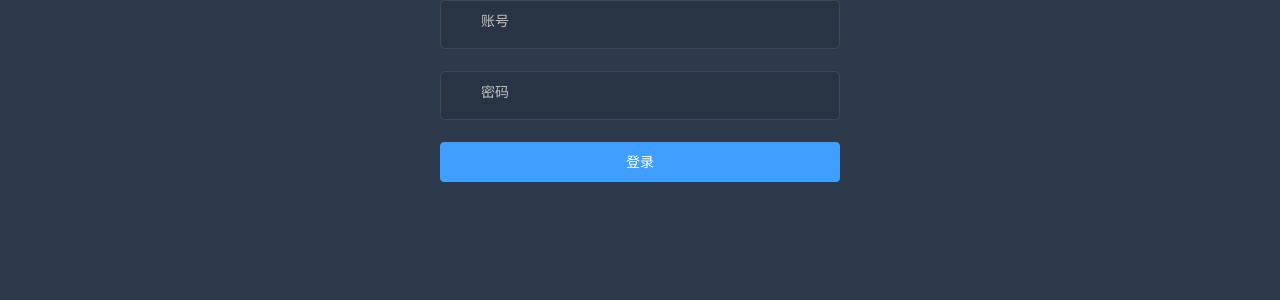
Repository: seamanwarm/vue-admin-
Page: /#/login
The author's editor kept a copy of each file at every save. The page is drawn from the files as they stood at one save, then again after the next save.
The browser window is 1280 px wide. The pictures show the whole page.
The project was rebuilt for these pictures with package versions that can differ from the ones it lists, and the page was loaded fresh each time.

Above is the page before, as saved 2019-03-11 14:29:55.

### public/index.html
<!DOCTYPE html>
<html lang="en">
  <head>
    <meta charset="utf-8">
    <meta http-equiv="X-UA-Compatible" content="IE=edge">
    <meta name="viewport" content="width=device-width,initial-scale=1.0">
    <link rel="icon" href="<%= BASE_URL %>favicon.ico">
    <title>my-el-admin</title>
  </head>
  <body>
    <noscript>
      <strong>We're sorry but my-el-admin doesn't work properly without JavaScript enabled. Please enable it to continue.</strong>
    </noscript>
    <div id="app"></div>
    <!-- built files will be auto injected -->
  </body>
</html>

### src/main.js
import Vue from 'vue'
import './plugins/axios'
import App from './App.vue'
import ElementUI from 'element-ui';
import 'element-ui/lib/theme-chalk/index.css'
import './plugins/element.js'
import router from "./router/index.js"
import store from './store/index.js'
Vue.use(ElementUI);
Vue.config.productionTip = false

new Vue({
  render: h => h(App),
  router,
  store,
}).$mount('#app')

### src/router/index.js
import Vue from 'vue'
import Router from 'vue-router'
Vue.use(Router)
import login from "../views/login/index.vue"

const routes =[
    {path:"/login", component:login},
]
const router= new Router({
    routes
 })

export default router

### src/views/login/index.vue

<template>
  <el-container class="login-container">

    <div style="margin: 0 auto; width:400px;">
      <el-form ref="loginForm" :label-position="labelPosition" label-width="80px" :model="formLabelAlign">
        <el-form-item label="账号" prop="username">
          <el-input v-model="formLabelAlign.username"></el-input>
        </el-form-item>
        <el-form-item label="密码" prop="password">
          <el-input v-model="formLabelAlign.password"></el-input>
        </el-form-item>
        <el-button :loading="loading"  type="primary" @click="handleLogin()">登录</el-button>
      </el-form>
    </div>
  </el-container>
</template>

<script >
/* 按需导入 */
import {validUsername} from "../../utils/validate.js"

export default {
  name:'Login',
  data() {
    //data里面可以写函数
    const validateUsername=(rule,value,callback)=>{
        if(!value){
            return callback(new err("用户名不能为空"))
        }
    }
    const validatePassword=(rule,value,callback)=>{
        if(!value){
            return callback(new err("密码不能为空"))
        }
    }
    return {
      labelPosition: "right",
      formLabelAlign: {
        username: "",
        password: "",
      },
      loginRules:{
        username:[{validator:validateUsername,trigger:"blur"}],
        password:[{validator:validatePassword,trigger:"blur"}]
      },
      loading:false,
    };
  },
  mounted(){

  },
  methods:{
      handleLogin(){
          console.log(this.$refs.loginForm)
          this.$refs.loginForm.validate(valid=>{
              if(valid){
                this.loading=true;
                console.log(this.loginForm)
              }else{
                  console.log("erro sumbmit!!!!")
                  return false
              }
          })
      }
  },
};
</script>
<style rel="stylesheet/scss" lang="scss">
  /* 修复input 背景不协调 和光标变色 */
  /* Detail see https://github.com/PanJiaChen/vue-element-admin/pull/927 */

  $bg:#283443;
  $light_gray:#eee;
  $cursor: #fff;

  @supports (-webkit-mask: none) and (not (cater-color: $cursor)) {
    .login-container .el-input input{
      color: $cursor;
      &::first-line {
        color: $light_gray;
      }
    }
  }

  /* reset element-ui css */
  .login-container {
    .el-input {
      display: inline-block;
      height: 47px;
      width: 85%;
      input {
        background: transparent;
        border: 0px;
        -webkit-appearance: none;
        border-radius: 0px;
        padding: 12px 5px 12px 15px;
        color: $light_gray;
        height: 47px;
        caret-color: $cursor;
        &:-webkit-autofill {
          -webkit-box-shadow: 0 0 0px 1000px $bg inset !important;
          -webkit-text-fill-color: $cursor !important;
        }
      }
    }
    .el-form-item {
      border: 1px solid rgba(255, 255, 255, 0.1);
      background: rgba(0, 0, 0, 0.1);
      border-radius: 5px;
      color: #c0c0c0;
      .el-form-item__label{
          color: #c0c0c0;
      }
    }
    .el-button{
        width:100%;
    }
  }
</style>

<style rel="stylesheet/scss" lang="scss" scoped>
$bg:#2d3a4b;
$dark_gray:#889aa4;
$light_gray:#eee;

.login-container {
  min-height: 100%;
  width: 100%;
  background-color: $bg;
  overflow: hidden;
  .login-form {
    position: relative;
    width: 520px;
    max-width: 100%;
    padding: 160px 35px 0;
    margin: 0 auto;
    overflow: hidden;
  }
  .tips {
    font-size: 14px;
    color: #fff;
    margin-bottom: 10px;
    span {
      &:first-of-type {
        margin-right: 16px;
      }
    }
  }
  .svg-container {
    padding: 6px 5px 6px 15px;
    color: $dark_gray;
    vertical-align: middle;
    width: 30px;
    display: inline-block;
  }
  .title-container {
    position: relative;
    .title {
      font-size: 26px;
      color: $light_gray;
      margin: 0px auto 40px auto;
      text-align: center;
      font-weight: bold;
    }
    .set-language {
      color: #fff;
      position: absolute;
      top: 3px;
      font-size:18px;
      right: 0px;
      cursor: pointer;
    }
  }
  .show-pwd {
    position: absolute;
    right: 10px;
    top: 7px;
    font-size: 16px;
    color: $dark_gray;
    cursor: pointer;
    user-select: none;
  }
  .thirdparty-button {
    position: absolute;
    right: 0;
    bottom: 6px;
  }
}
</style>

### src/utils/validate.js
/**
 * 验证的一些方法
 */

export function isExternal(path) {
    return /^(https?:|mailto:|tel:)/.test(path)
  }

  export function validUsername(str) {
    const valid_map = ['admin', 'editor']
    return valid_map.indexOf(str.trim()) >= 0
  }

  /* 合法uri*/
  export function validURL(url) {
    const reg = /^(https?|ftp):\/\/([a-zA-Z0-9.-]+(:[a-zA-Z0-9.&%$-]+)*@)*((25[0-5]|2[0-4][0-9]|1[0-9]{2}|[1-9][0-9]?)(\.(25[0-5]|2[0-4][0-9]|1[0-9]{2}|[1-9]?[0-9])){3}|([a-zA-Z0-9-]+\.)*[a-zA-Z0-9-]+\.(com|edu|gov|int|mil|net|org|biz|arpa|info|name|pro|aero|coop|museum|[a-zA-Z]{2}))(:[0-9]+)*(\/($|[a-zA-Z0-9.,?'\\+&%$#=~_-]+))*$/
    return reg.test(url)
  }

  /* 小写字母*/
  export function validLowerCase(str) {
    const reg = /^[a-z]+$/
    return reg.test(str)
  }

  /* 大写字母*/
  export function validUpperCase(str) {
    const reg = /^[A-Z]+$/
    return reg.test(str)
  }

  /* 大小写字母*/
  export function validAlphabets(str) {
    const reg = /^[A-Za-z]+$/
    return reg.test(str)
  }

  /**
   * validate email
   * @param email
   * @returns {boolean}
   */
  export function validEmail(email) {
    const re = /^(([^<>()\[\]\\.,;:\s@"]+(\.[^<>()\[\]\\.,;:\s@"]+)*)|(".+"))@((\[[0-9]{1,3}\.[0-9]{1,3}\.[0-9]{1,3}\.[0-9]{1,3}\])|(([a-zA-Z\-0-9]+\.)+[a-zA-Z]{2,}))$/
    return re.test(email)
  }

Loaded but not shown: src/plugins/axios.js (common file); src/App.vue (common file); src/plugins/element.js (common file); src/store/index.js (common file)

After the next save:
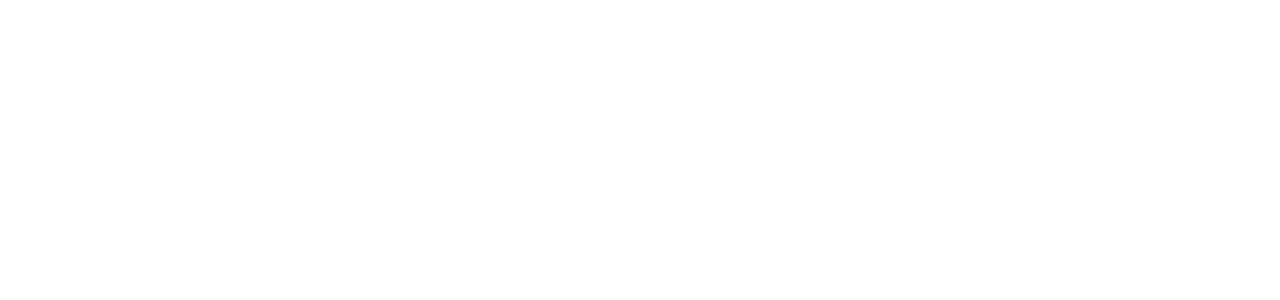
Saved 83 s later.
--- a/src/views/login/index.vue
+++ b/src/views/login/index.vue
@@ -36,7 +36,7 @@
     }
     return {
       labelPosition: "right",
-      formLabelAlign: {
+      loginInfo: {
         username: "",
         password: "",
       },

After the save that followed:
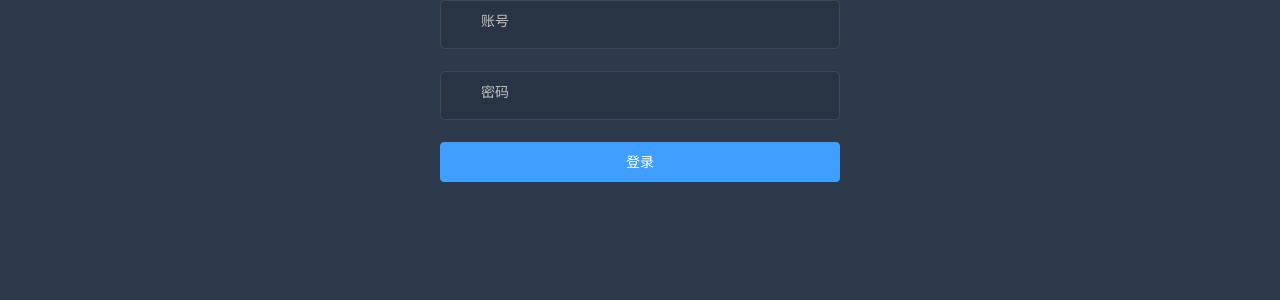
Saved 19 s later.
--- a/src/views/login/index.vue
+++ b/src/views/login/index.vue
@@ -3,12 +3,12 @@
   <el-container class="login-container">
 
     <div style="margin: 0 auto; width:400px;">
-      <el-form ref="loginForm" :label-position="labelPosition" label-width="80px" :model="formLabelAlign">
+      <el-form ref="loginForm" :label-position="labelPosition" label-width="80px" :model="loginInfo">
         <el-form-item label="账号" prop="username">
-          <el-input v-model="formLabelAlign.username"></el-input>
+          <el-input v-model="loginInfo.username"></el-input>
         </el-form-item>
         <el-form-item label="密码" prop="password">
-          <el-input v-model="formLabelAlign.password"></el-input>
+          <el-input v-model="loginInfo.password"></el-input>
         </el-form-item>
         <el-button :loading="loading"  type="primary" @click="handleLogin()">登录</el-button>
       </el-form>
